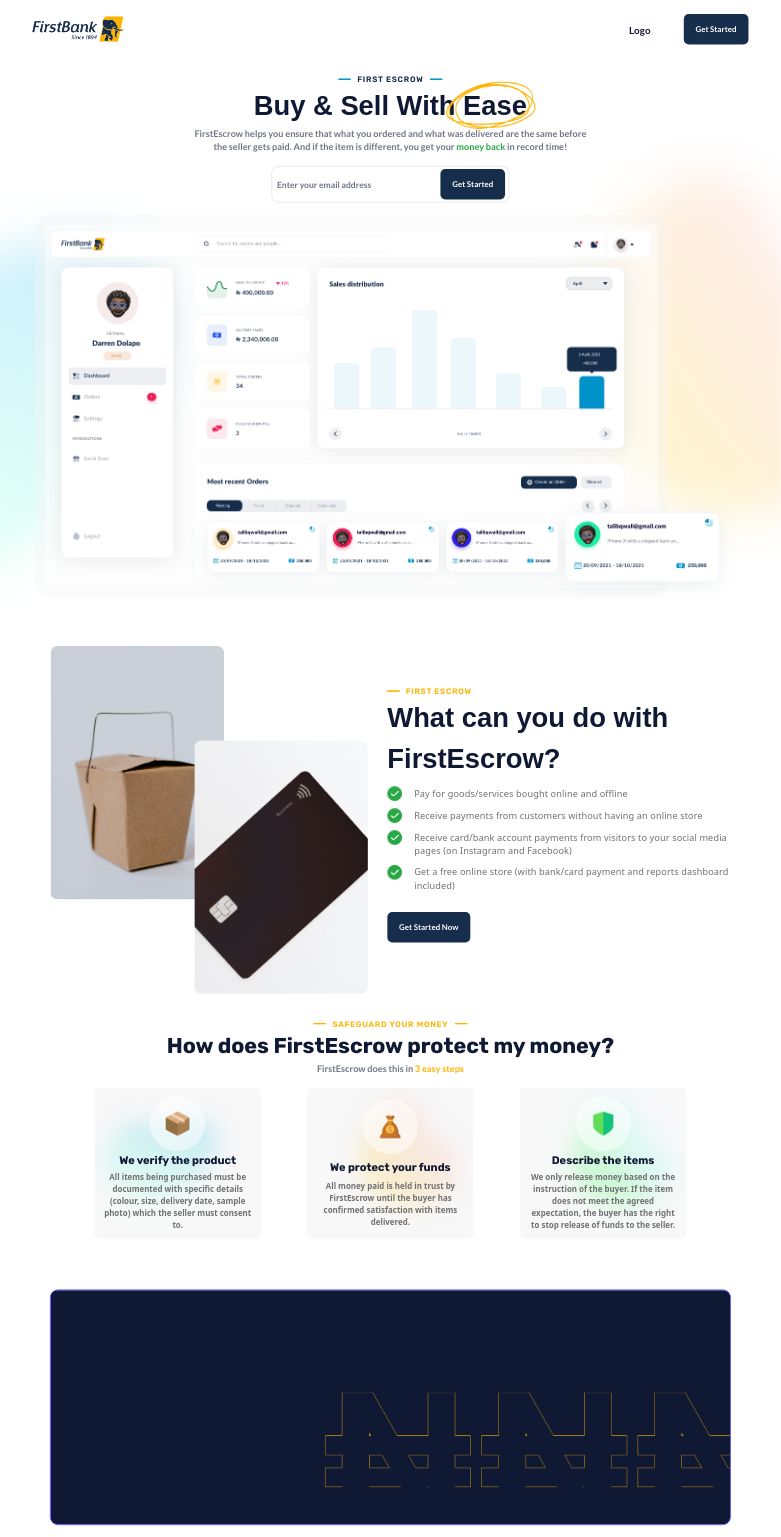
Repository: Pepperest-dev/First_Escrow_Home
Page: index.html
These files come from the project's save history. The page is drawn as it stood at one moment and after the next save; the edit follows.
The browser window is 1280 px wide. The pictures show the whole page, at 61% of full size.

Above is the page before, as saved 2021-09-26 16:22:29.

After the next save:
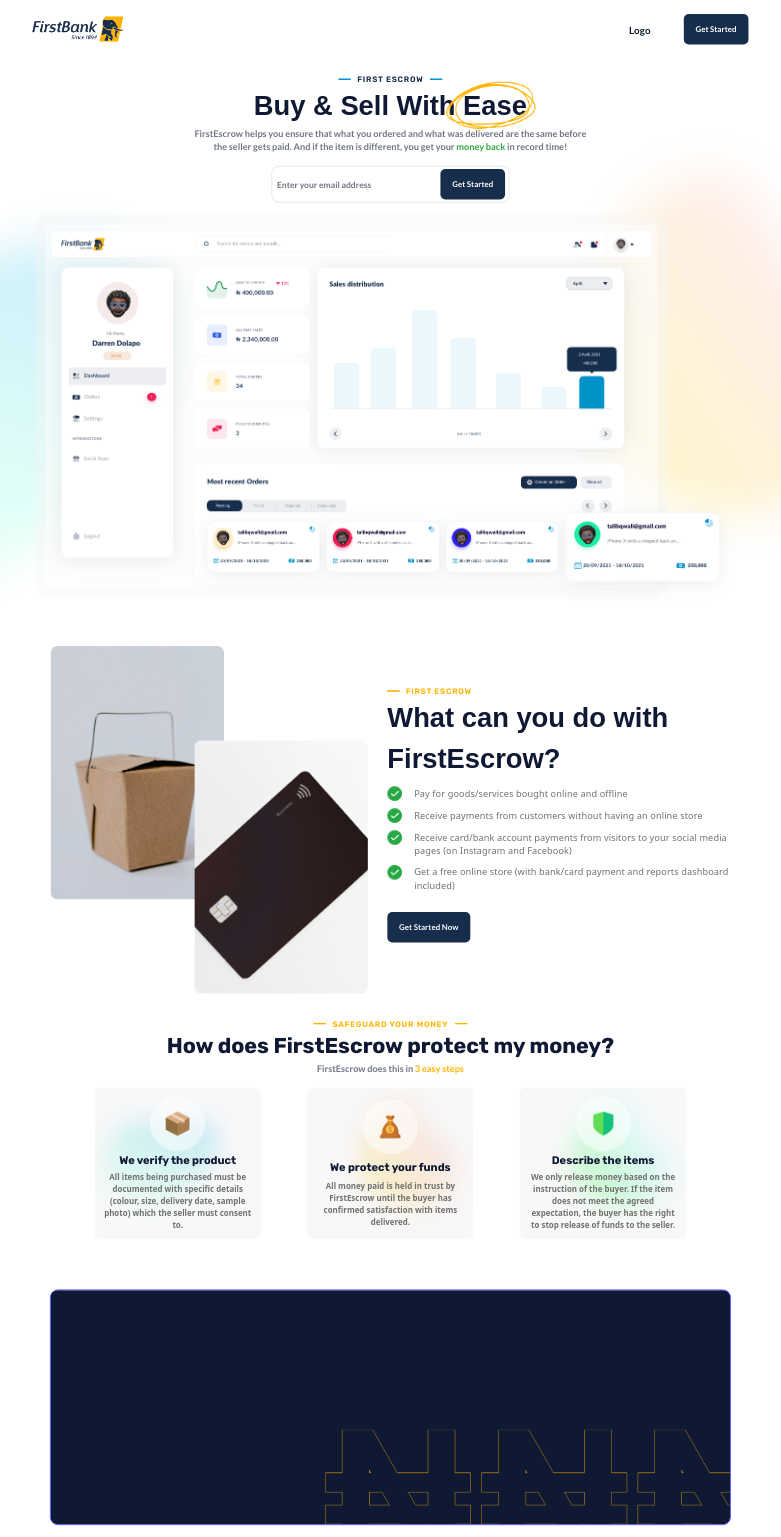
Saved 27 s later.
--- a/Styles/styles.css
+++ b/Styles/styles.css
@@ -276,6 +276,6 @@
   background-image: url(/assets/imgs/NairaOverlayBg.png);
   background-repeat: no-repeat;
   background-size: contain;
-  background-position: center;
+  background-position: bottom;
   object-fit: cover;
 }
